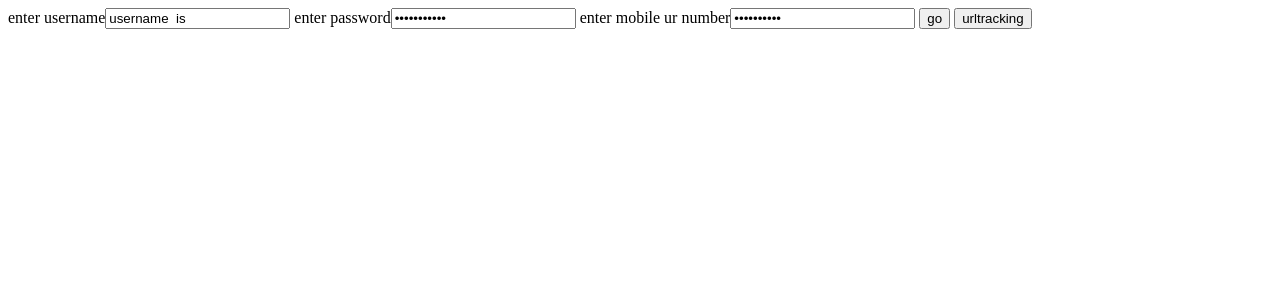
Repository: heenasalim/Java_Script
Page: HtttpSession/WebContent/LoginWithCookie.html
The author's editor kept a copy of each file at every save. The page is drawn from the files as they stood at one save, then again after the next save.
The browser window is 1280 px wide. The pictures show the whole page.

Above is the page before, as saved 2015-10-14 08:20:24.

### HtttpSession/WebContent/LoginWithCookie.html
<!DOCTYPE html PUBLIC "-//W3C//DTD HTML 4.01 Transitional//EN" "http://www.w3.org/TR/html4/loose.dtd">
<html>
<head>
<meta http-equiv="Content-Type" content="text/html; charset=ISO-8859-1">
<title>Insert title here</title>
</head>
<body>
<form  action="Cookie1"  method="post">
enter  username<input  type="text"   name="user"   value="username  is"/>
enter   password<input  type="password"  name="pass"   value="enter  pass"  />
enter  mobile   ur  number<input  type="password"  name="mob"   value="mobile  no"  />
<input type="submit"  name=submit   value="go"  />
<form  action="Url1" method="get">
<input  type="submit"    name= "submit"   value="urltracking"/>
</form>
</body>
</html>

After the next save:
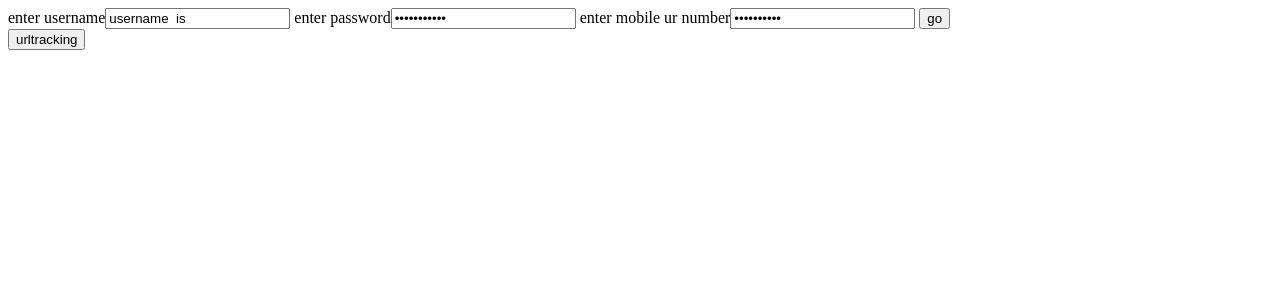
Saved 13 s later.
--- a/HtttpSession/WebContent/LoginWithCookie.html
+++ b/HtttpSession/WebContent/LoginWithCookie.html
@@ -10,6 +10,7 @@ enter  username<input  type="text"   name="user"   value="username  is"/>
 enter   password<input  type="password"  name="pass"   value="enter  pass"  />
 enter  mobile   ur  number<input  type="password"  name="mob"   value="mobile  no"  />
 <input type="submit"  name=submit   value="go"  />
+</form>
 <form  action="Url1" method="get">
 <input  type="submit"    name= "submit"   value="urltracking"/>
 </form>
